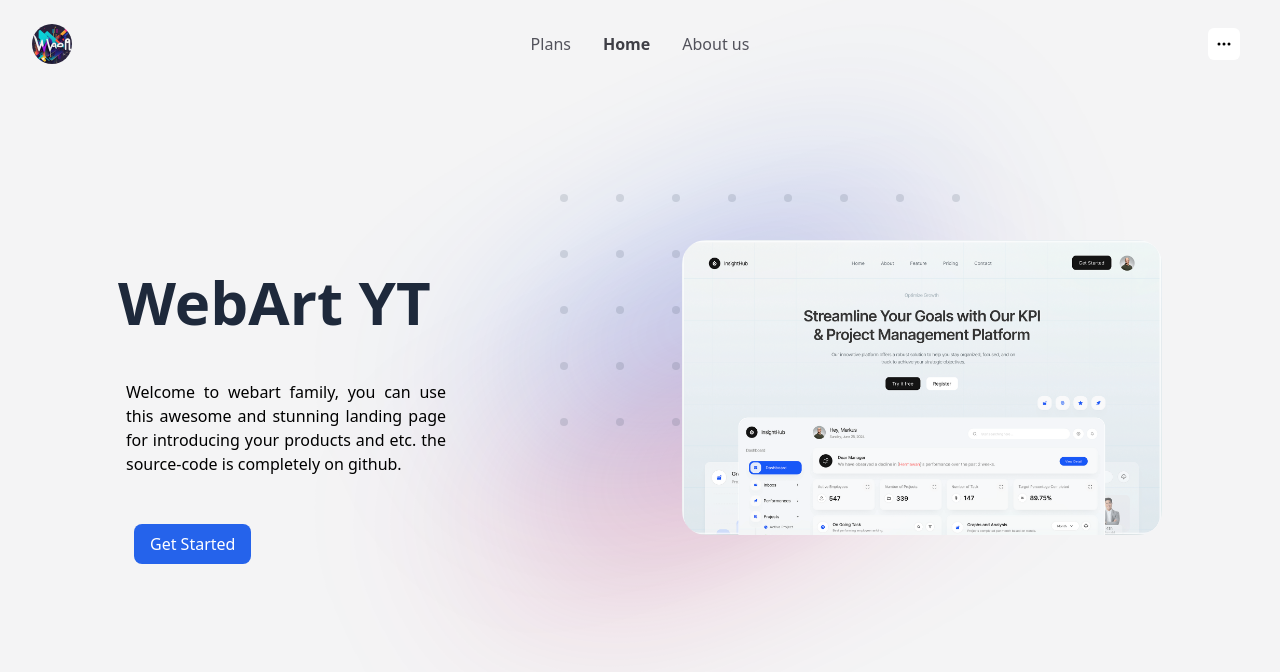
Repository: 30namp/youtube-web-art-code
Page: stunning landing page 1/index.html
An editor plug-in stored every save of this project. The page is shown before and after the next save, followed by the edit.
The browser window is 1280 px wide. The pictures show the whole page.

Above is the page before, as saved 2024-09-26 21:21:38.

After the next save:
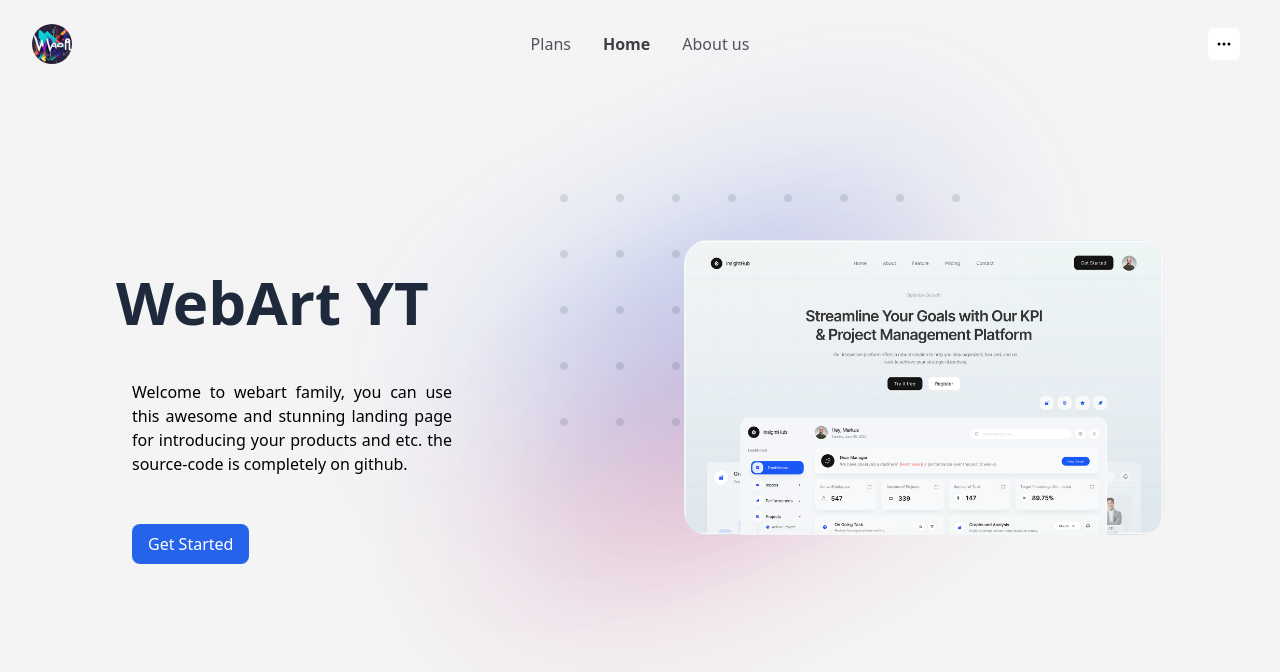
Saved 9 s later.
--- a/stunning landing page 1/index.html
+++ b/stunning landing page 1/index.html
@@ -94,7 +94,7 @@
     <div class="hero-section relative pt-60 flex justify-around items-start">
       <div class="content flex flex-col items-start gap-12 pt-8">
         <h1 class="text-6xl font-bold text-slate-800">WebArt YT</h1>
-        <p class="description w-80 ml-2 text-justify">
+        <p class="description w-80 ml-4 text-justify">
           Welcome to webart family, you can use this awesome and stunning
           landing page for introducing your products and etc. the source-code is
           completely on github.
